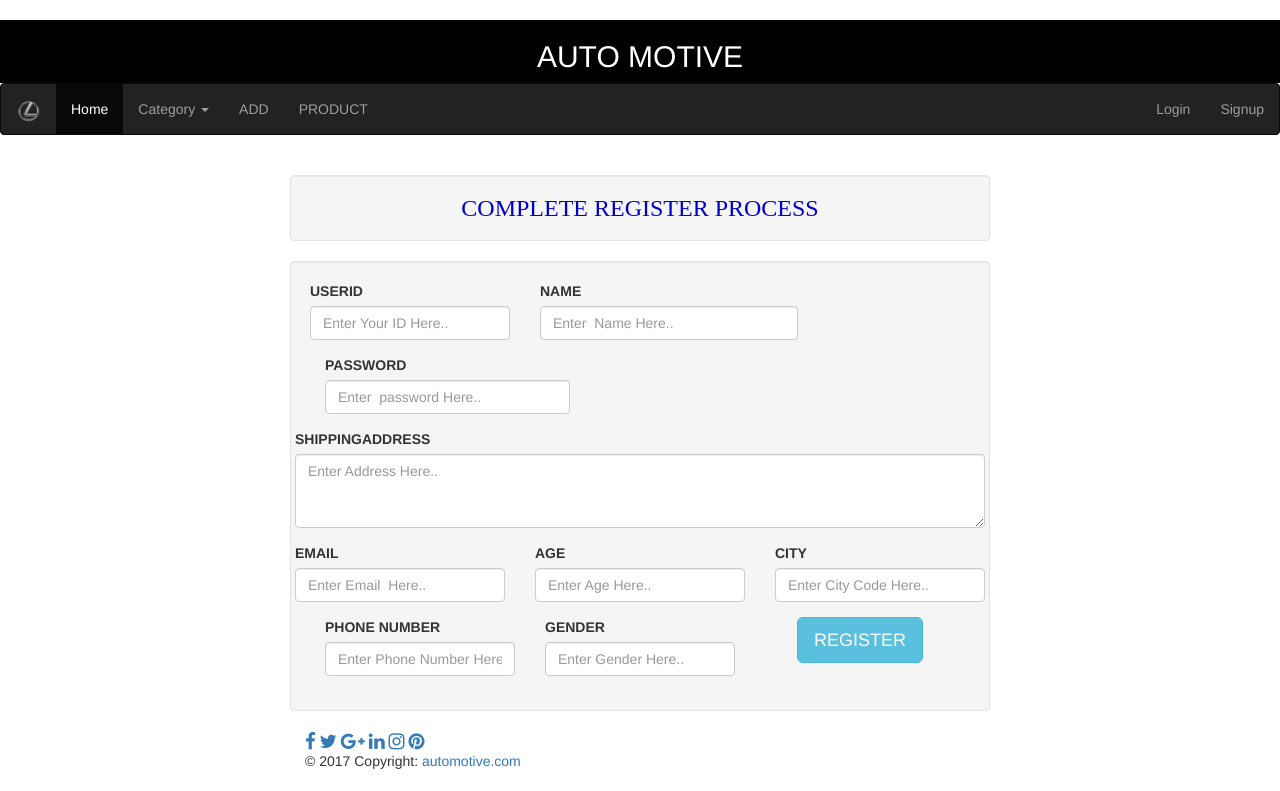
Repository: kavintech/DTProject
Page: http://localhost/Ecommerce_frontend/WEB-INF/views/registerpage.jsp
These files come from the project's save history. The page is drawn as it stood at one moment and after the next save; the edit follows.
The browser window is 1280 px wide. The pictures show the whole page.
Some web libraries are served in a nearby version. The page is served by Tomcat 9. Nobody is signed in. The template is opened directly, without the code that normally fills it, so the values that code supplies are empty.

Above is the page before, as saved 2017-11-27 07:41:16.

After the next save:
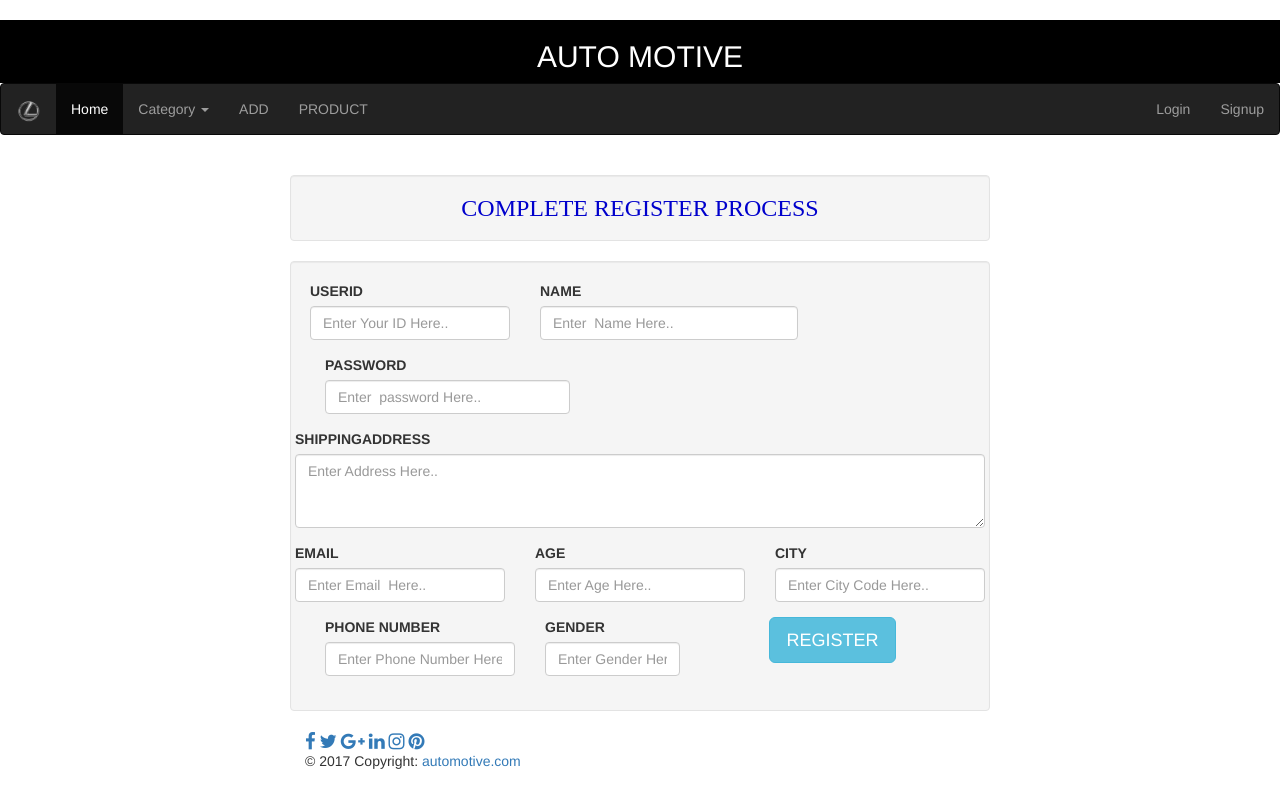
Saved 107 s later.
--- a/Ecommerce_frontend/src/main/webapp/WEB-INF/views/registerpage.jsp
+++ b/Ecommerce_frontend/src/main/webapp/WEB-INF/views/registerpage.jsp
@@ -73,7 +73,7 @@
 					</div>
 
 					<div class="form-group">
-					<div class="col-sm-4 form-group">
+					<div class="col-sm-3 form-group">
 						<label>GENDER</label>
 						<input type="text" placeholder="Enter Gender Here.."  class="form-control" pattern="^[a-zA-Z][a-zA-Z0-9-_\.]{1,20}$" required name="usergen">
 
